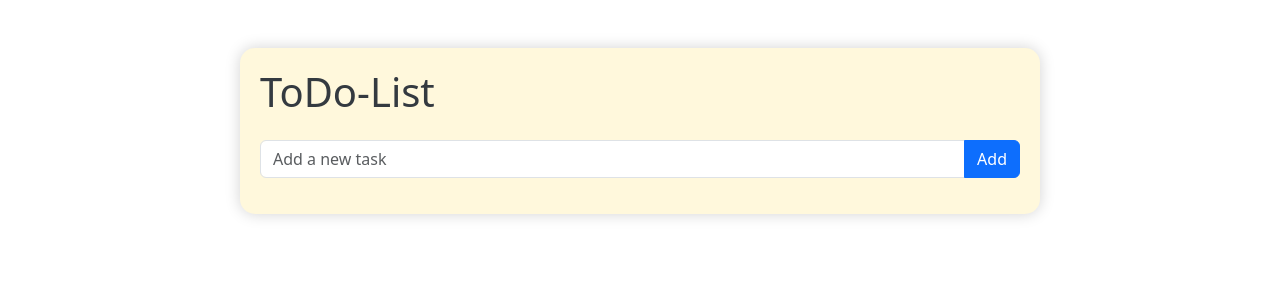
Repository: AkshatKapo/Todolist-React-app
Page: /
An editor plug-in stored every save of this project. The page is shown before and after the next save, followed by the edit.
The browser window is 1280 px wide. The pictures show the whole page.
The project was rebuilt for these pictures with package versions that can differ from the ones it lists, and the page was loaded fresh each time. Also part of the build but not shown: vite.config.js, src/App.css, src/index.css.

Above is the page before, as saved 2024-06-20 15:32:56.

After the next save:
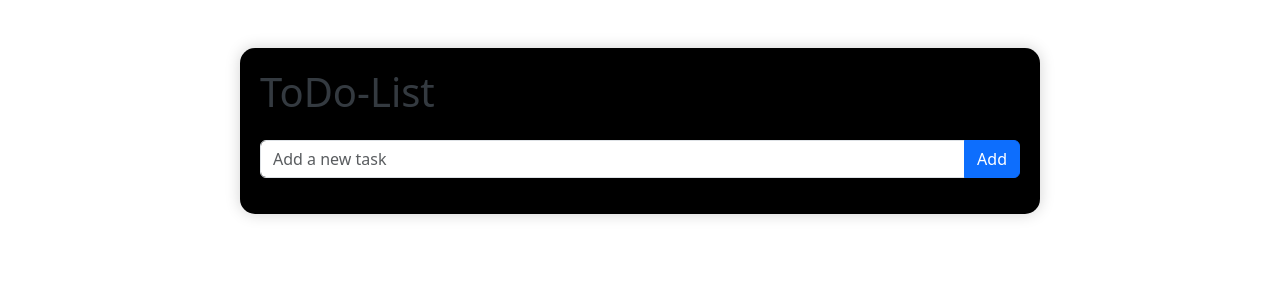
Saved 11 s later.
--- a/src/TodoList.css
+++ b/src/TodoList.css
@@ -2,7 +2,7 @@
     max-width: 800px;
     margin: 0 auto;
     padding: 20px;
-    background-color: cornsilk;
+    background-color: black;
     border-radius: 15px;
     box-shadow: 0 0 15px lightgrey;
   }
